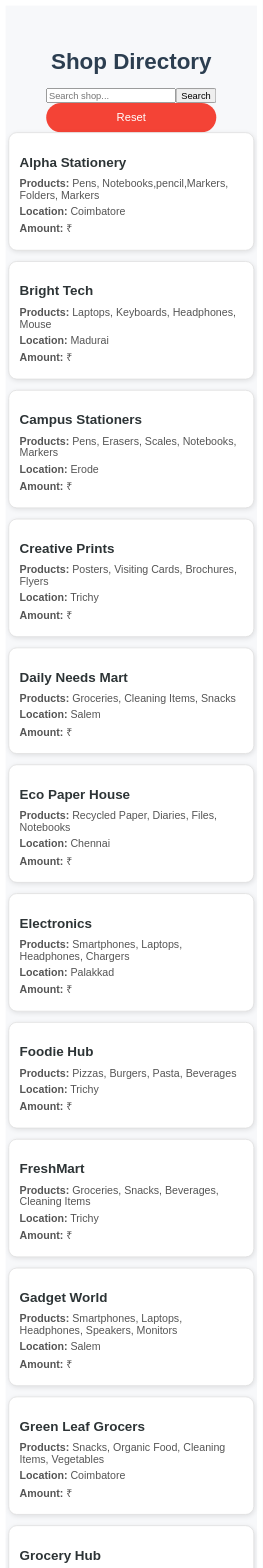
Repository: Pavithra-09git/CarSort
Page: /
An editor plug-in stored every save of this project. The page is shown before and after the next save, followed by the edit.
The browser window is 375 px wide. The pictures show the part of the page from y = 0 to 2240 px (the page is 5672 px tall before and 7195 px after), at 70% of full size.
The project was rebuilt for these pictures with package versions that can differ from the ones it lists, and the page was loaded fresh each time. Also part of the build but not shown: vite.config.js.

Above is the page before, as saved 2025-10-26 12:53:10.

After the next save:
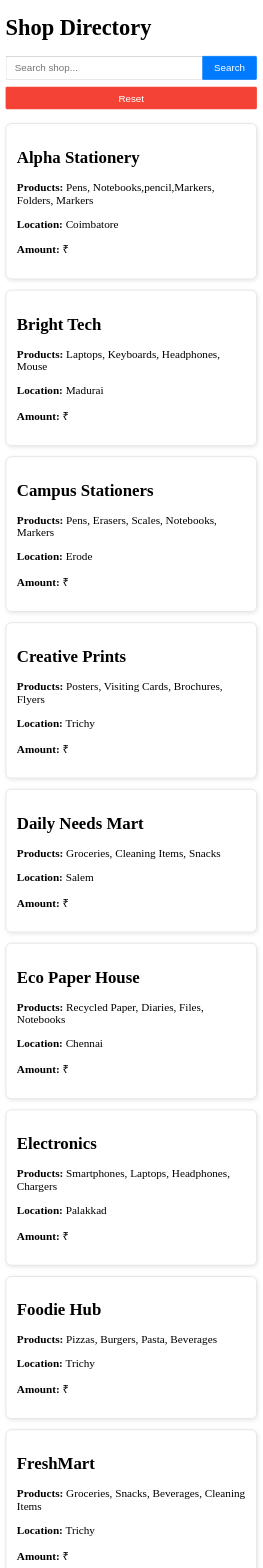
Saved 15 s later.
--- a/src/App.css
+++ b/src/App.css
@@ -1,138 +1,55 @@
-/* Main container */
-.container {
-  min-height: 100vh;
-  background-color: #f7f8fa;
+.search-form {
   display: flex;
-  flex-direction: column;
+  flex-wrap: wrap;
+  gap: 10px;
+  margin-bottom: 20px;
   align-items: center;
-  padding: 40px 20px;
-  font-family: "Poppins", sans-serif;
 }
 
-/* Title */
-h1 {
-  color: #2c3e50;
-  margin-bottom: 20px;
-  font-size: 2rem;
-  text-align: center;
+.youtube-search-box {
+  display: flex;
+  width: 350px; /* input + button total width */
+  max-width: 100%;
 }
 
-/* Search bar */
-.search-box {
-  width: 100%;
-  max-width: 400px;
-  padding: 10px 15px;
+.search-input {
+  flex: 1;
+  padding: 8px 12px;
   border: 1px solid #ccc;
-  border-radius: 8px;
-  outline: none;
-  font-size: 16px;
-  transition: 0.3s;
-  margin-bottom: 30px;
+  border-right: none;
+  border-radius: 2px 0 0 2px;
+  font-size: 14px;
 }
 
-.search-box:focus {
-  border-color: #007bff;
-  box-shadow: 0 0 5px rgba(0, 123, 255, 0.3);
-}
-
-/* Cards vertical layout */
-.card-column {
-  display: flex;
-  flex-direction: column;
-  align-items: center;
-  gap: 20px;
-  width: 100%;
-  max-width: 700px;
-}
-
-/* Individual card */
-.card {
-  background-color: white;
-  border-radius: 12px;
-  box-shadow: 0 4px 10px rgba(0, 0, 0, 0.1);
-  width: 100%;
-  padding: 20px;
-  transition: transform 0.3s ease, box-shadow 0.3s ease;
-}
-
-.card:hover {
-  transform: translateY(-5px);
-  box-shadow: 0 6px 15px rgba(0, 0, 0, 0.15);
-}
-
-/* Card text */
-.card h2 {
-  font-size: 1.2rem;
-  color: #2d3436;
-  margin-bottom: 10px;
-}
-
-.card p {
-  font-size: 0.95rem;
-  color: #555;
-  margin: 6px 0;
-}
-
-/* No result text */
-.no-result {
-  color: #777;
-  text-align: center;
-  font-size: 1rem;
-}
-.search-container {
-  display: flex;
-  gap: 10px;
-  margin-bottom: 20px;
-  flex-wrap: wrap;
-}
-
-.search-box-wrapper {
-  position: relative;
-  flex: 1;
-  min-width: 250px;
-}
-
-.search-box {
-  width: 100%;
-  padding: 12px 45px 12px 15px; /* space for icon */
-  border-radius: 30px;
-  border: 2px solid #ccc;
-  font-size: 16px;
-  transition: border-color 0.3s;
-}
-
-.search-box:focus {
+.search-input:focus {
   outline: none;
   border-color: #007bff;
 }
 
-/* Search icon inside input */
-.search-icon {
-  position: absolute;
-  right: 12px;
-  top: 50%;
-  transform: translateY(-50%);
+.search-button {
+  padding: 8px 16px;
+  border: 1px solid #007bff;
+  background-color: #007bff;
+  color: white;
   cursor: pointer;
-  font-size: 18px;
-  color: #007bff;
-  transition: color 0.3s;
+  font-size: 14px;
+  border-radius: 0 2px 2px 0;
+  transition: background 0.3s;
 }
 
-.search-icon:hover {
-  color: #0056b3;
+.search-button:hover {
+  background-color: #0056b3;
 }
 
-/* Reset button */
 .reset-btn {
-  padding: 12px 25px;
+  padding: 8px 20px;
   background-color: #f44336;
   border: none;
   color: white;
-  border-radius: 30px;
+  border-radius: 2px;
   cursor: pointer;
-  font-size: 16px;
+  font-size: 14px;
   transition: background 0.3s;
-  min-width: 100px;
 }
 
 .reset-btn:hover {
@@ -149,8 +66,8 @@ h1 {
 .card {
   padding: 15px;
   border: 1px solid #ddd;
-  border-radius: 12px;
-  box-shadow: 1px 2px 8px rgba(0,0,0,0.1);
+  border-radius: 8px;
+  box-shadow: 1px 2px 6px rgba(0,0,0,0.1);
   transition: transform 0.2s;
 }
 
@@ -160,9 +77,12 @@ h1 {
 
 /* Responsive */
 @media (max-width: 600px) {
-  .search-container {
+  .youtube-search-box {
+    width: 100%;
+  }
+  .search-form {
     flex-direction: column;
-    gap: 10px;
+    align-items: stretch;
   }
   .reset-btn {
     width: 100%;
